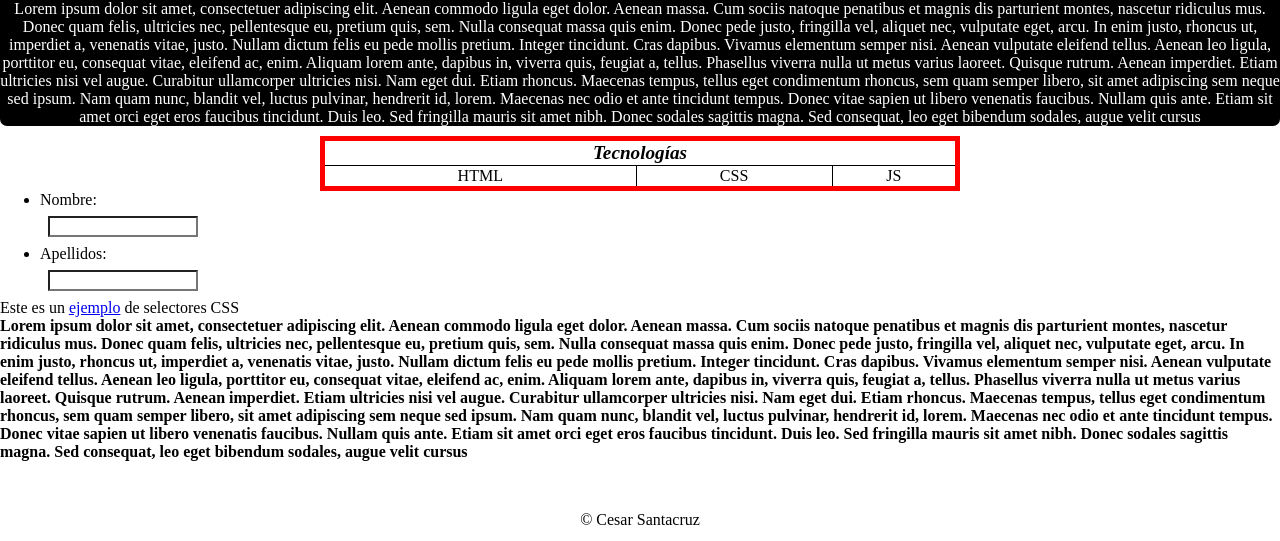
Repository: cesarsant0203/My_Study
Page: Introducción al desarrollo web/My Page 1/2.posts.html
These files come from the project's save history. The page is drawn as it stood at one moment and after a run of saves; the edit follows.
The browser window is 1280 px wide. The pictures show the part of the page from y = 1129 to 1670 px (the page is 1670 px tall before and 1544 px after).

Above is the page before, as saved 2020-04-29 21:10:48.

### Introducción al desarrollo web/My Page 1/2.posts.html
<!DOCTYPE html>
<html lang="es">

<head>
    <meta charset="utf-8" />
    <title> Posts </title>
    <link href="2.posts.css" rel="stylesheet" />
</head>

<body>
    <header>
        <h1>
            <a id="header" href="1.index.html">TEST WEBSITE</a>
        </h1>
        <h4 id="vs">vs1.0.0</h4>
    </header>
    <section id="navBar" class="box">
        <nav>
            <a class="index" href="1.index.html">HomePage</a>
            <a class="index" href="2.posts.html">Posts</a>
            <a class="index" href="3.contacto.html">Contact</a>
            <a class="index" href="4.formulario.html">Form</a>
        </nav>
    </section>
    <section id="info">
        <p id="callMe">CESAR SANTACRUZ<br />
            Call me at +593993681491</p>
    </section>
    <article id="ar1" class="whiteCard">
        <h2>Here there are all the posts</h2>
        <p id="intro">Let's begin</p>
        <img src="https://applauss.com/wp-content/uploads/2016/01/gifs-animados-13.gif" title="gifPacman" class="gif" />
    </article>
    <article id="ar2" class="blackCard">
        <h2>Apple & Google</h2>
        <p id="card1">France asks Google and Apple to facilitate the work of their coronavirus "app".</p>
        <a class="postLink" href="2.posts.html">Learn more > </a>
        <img src="https://t.ipadizate.es/2019/07/apple-google.jpg" title="Google and Apple" class="post" id="mPost1" />
        <p id="p1">Lorem ipsum dolor sit amet, consectetuer adipiscing elit. Aenean commodo ligula
            eget dolor. Aenean massa. Cum sociis natoque penatibus et magnis dis parturient montes, nascetur ridiculus mus.
            Donec quam felis, ultricies nec, pellentesque eu, pretium quis, sem. Nulla consequat massa quis enim. Donec pede
            justo, fringilla vel, aliquet nec, vulputate eget, arcu. In enim justo, rhoncus ut, imperdiet a, venenatis
            vitae,
            justo. Nullam dictum felis eu pede mollis pretium. Integer tincidunt. Cras dapibus. Vivamus elementum semper
            nisi.
            Aenean vulputate eleifend tellus. Aenean leo ligula, porttitor eu, consequat vitae, eleifend ac, enim. Aliquam
            lorem
            ante, dapibus in, viverra quis, feugiat a, tellus. Phasellus viverra nulla ut metus varius laoreet. Quisque
            rutrum.
            Aenean imperdiet. Etiam ultricies nisi vel augue. Curabitur ullamcorper ultricies nisi. Nam eget dui. Etiam
            rhoncus.
            Maecenas tempus, tellus eget condimentum rhoncus, sem quam semper libero, sit amet adipiscing sem neque sed
            ipsum.
            Nam quam nunc, blandit vel, luctus pulvinar, hendrerit id, lorem. Maecenas nec odio et ante tincidunt tempus.
            Donec
            vitae sapien ut libero venenatis faucibus. Nullam quis ante. Etiam sit amet orci eget eros faucibus tincidunt.
            Duis
            leo. Sed fringilla mauris sit amet nibh. Donec sodales sagittis magna. Sed consequat, leo eget bibendum sodales,
            augue velit cursus
        </p>
    </article>
    <section>
        <table id="tec">
            <thead>
                <td colspan="3"><em><strong>Tecnologías</strong></em></td>
            </thead>
            <tbody>
                <tr>
                    <td>HTML</td>
                    <td>CSS</td>
                    <td>JS</td>
                </tr>
            </tbody>
        </table>
    </section>
    <article>
        <form action="...">
            <ul>
                <li>
                    <label id="lname" for="name">Nombre: </label> <br />
                    <input type="text" id="name" />
                </li>
                <li>
                    <label id="lsname" for="sname">Apellidos:</label> <br />
                    <input type="text" id="sname" />
                </li>
            </ul>
        </form>
    </article>
    <span id="mySpan">Este es un <a href="#" class="bold">ejemplo</a> de selectores</span>
    <span class="bold red">CSS</span>
    <p id="p1">Lorem ipsum dolor sit amet, consectetuer adipiscing elit. Aenean commodo ligula
        eget dolor. Aenean massa. Cum sociis natoque penatibus et magnis dis parturient montes, nascetur ridiculus mus.
        Donec quam felis, ultricies nec, pellentesque eu, pretium quis, sem. Nulla consequat massa quis enim. Donec pede
        justo, fringilla vel, aliquet nec, vulputate eget, arcu. In enim justo, rhoncus ut, imperdiet a, venenatis
        vitae,
        justo. Nullam dictum felis eu pede mollis pretium. Integer tincidunt. Cras dapibus. Vivamus elementum semper
        nisi.
        Aenean vulputate eleifend tellus. Aenean leo ligula, porttitor eu, consequat vitae, eleifend ac, enim. Aliquam
        lorem
        ante, dapibus in, viverra quis, feugiat a, tellus. Phasellus viverra nulla ut metus varius laoreet. Quisque
        rutrum.
        Aenean imperdiet. Etiam ultricies nisi vel augue. Curabitur ullamcorper ultricies nisi. Nam eget dui. Etiam
        rhoncus.
        Maecenas tempus, tellus eget condimentum rhoncus, sem quam semper libero, sit amet adipiscing sem neque sed
        ipsum.
        Nam quam nunc, blandit vel, luctus pulvinar, hendrerit id, lorem. Maecenas nec odio et ante tincidunt tempus.
        Donec
        vitae sapien ut libero venenatis faucibus. Nullam quis ante. Etiam sit amet orci eget eros faucibus tincidunt.
        Duis
        leo. Sed fringilla mauris sit amet nibh. Donec sodales sagittis magna. Sed consequat, leo eget bibendum sodales,
        augue velit cursus
    </p>

    <footer>
        &copy Cesar Santacruz
    </footer>

</body>

</html>

### Introducción al desarrollo web/My Page 1/2.posts.css
* {
    margin: 0;
}
header {
    background: black;
    padding: 1em;
    box-sizing: border-box;
    margin: 0em;
}
a#header, h4 {
    background-color: inherit;
    box-sizing: border-box;
    margin-bottom: 1px;
}
a#header {
    font-family: Arial, Helvetica, sans-serif;
    line-height: 1.4;
    color: white;
    font-size: 24px;
    font-weight: bold;
    text-decoration: none;
    padding: 0.3em 0.5em;
    border-radius: 5px;
    background-color: rgba(255, 255, 255, 0.602);
    transition: background-color 1s linear;
    transition: color 1s linear
}
a#header:hover, a#header:focus {
    background-color: #fff;
    color: black;
}
a#header:focus {
    box-shadow: 0 0 0 3px rgba(0,0,0,0.25);
    outline: 0;
}
h4#vs {
    color: gainsboro;
    font-size: x-small;
    font-family: Arial, Helvetica, sans-serif;
    line-height: 1.4;
    margin-top: 4px;
}
section#navBar{
    font-size: large;
    text-align: center;
    background-color: rgb(34, 32, 32);
    padding: 0.33em;
    border-bottom-left-radius: 0px;
    border-bottom-right-radius: 0px;
}
a.index{
    box-sizing: border-box;
    margin-top: auto;
    font-size: 15px;
    font-weight: bold;
    color: rgba(255, 255, 255, 0.609);
    text-decoration: none;
    padding: 0.3em 0.8em;
    border-radius: 5px;
    background-color: rgba(78, 78, 78, 0.602);
    transition: color 1s linear;
}
a.index:hover, a.index:focus {
    color: #fff;
}
a.index:focus, {
    box-shadow: 0 0 0 3px rgba(0,0,0,0.25);
    outline: 0;
}
a.index:link {
    text-decoration: none;
}
a.index:visited {
    text-decoration: none;
}
p#callMe {
    border-bottom-left-radius: 7px;
    border-bottom-right-radius: 7px;
    box-sizing: border-box;
    border: 6px solid black;
    padding: 2px;
    font-family: Arial, Helvetica, sans-serif;
    font-weight: bold;
    text-align: center;
    font-size: xx-small;
    color: rgb(134, 134, 134);
    line-height: 1.4;
    background-color: black;
}
.blackCard {
    color: white;
    background-color: black;
    text-align: center;
    box-sizing: border-box;
    margin-bottom: 1cm solid black;
    border-radius: 7px;

}
.whiteCard {
    color: black;
    background-color: white;
    text-align: center;
    box-sizing: border-box;
    margin-bottom: 1cm solid white;
    border-radius: 7px;
}
/*----------------------------------------------------------------------------------------------------*/

h2, p#intro,p#card1, p#card2 {
    font-family: 'Lucida Sans', 'Lucida Sans Regular', 'Lucida Grande',
     'Lucida Sans Unicode', Geneva, Verdana, sans-serif;
     font-weight: bold;
     padding-bottom: 7px;
}
h2 {
    font-size: 32px;
    padding-top: 40px;
}
p#intro {
    color: rgba(0, 0, 0, 0.856);
}
a.postLink {
    color: blue;
    font-family: 'Lucida Sans', 'Lucida Sans Regular', 'Lucida Grande',
     'Lucida Sans Unicode', Geneva, Verdana, sans-serif;
    font-weight: 600;
    }
a.postLink:link {
    text-decoration: none;
}
a.postLink:visited {
    text-decoration: none;
}




img.gif {
    box-sizing: content-box;
    width: 480px;
    height: 320px;
    border-collapse: collapse;
    display: inline;
    display: block;
    margin: auto;
    padding-bottom: 40px;
    padding-top: 5px;
}

img.post#mPost1 {
    box-sizing: content-box;
    width: 600px;
    height: 315px;
    border-collapse: collapse;
    display: inline;
    display: block;
    margin: auto;
    padding-bottom: 40px;
    padding-top: 5px;
}
table#tec {
    border: red 5px solid;
    border-collapse: collapse;
    width: 50%;
    text-align: center;
    margin-left: auto;
    margin-right: auto;
    margin-top: 10px;
}
thead {
    font-size: larger;
}
td{
    border: black 1px solid;
}
form :focus {
    border: 2px solid rgb(0, 82, 175);
}
p:first-of-type{
    font-weight: bold;
}

input#name, input#sname{
    background-color: white;
        margin: 0.2cm;
        width: 150px;
        box-sizing: border-box;
}
footer {
    position: relative;
    margin-top: 50px;
    text-align: center;
    height: 30px;
}

After the next 2 saves:
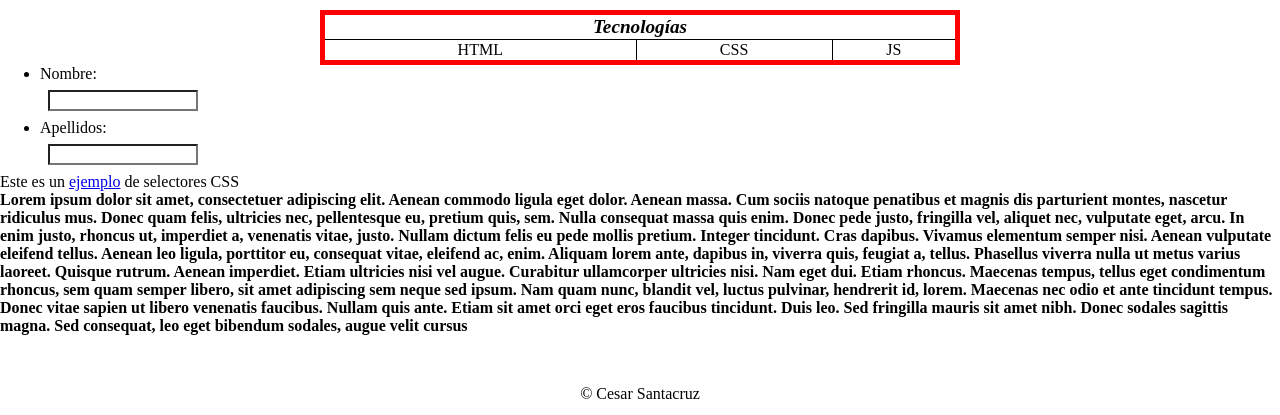
The 2 saves are shown as one change because they came seconds apart.
The last was saved 3 min 1 s later.
--- a/Introducción al desarrollo web/My Page 1/2.posts.html
+++ b/Introducción al desarrollo web/My Page 1/2.posts.html
@@ -36,28 +36,6 @@
         <p id="card1">France asks Google and Apple to facilitate the work of their coronavirus "app".</p>
         <a class="postLink" href="2.posts.html">Learn more > </a>
         <img src="https://t.ipadizate.es/2019/07/apple-google.jpg" title="Google and Apple" class="post" id="mPost1" />
-        <p id="p1">Lorem ipsum dolor sit amet, consectetuer adipiscing elit. Aenean commodo ligula
-            eget dolor. Aenean massa. Cum sociis natoque penatibus et magnis dis parturient montes, nascetur ridiculus mus.
-            Donec quam felis, ultricies nec, pellentesque eu, pretium quis, sem. Nulla consequat massa quis enim. Donec pede
-            justo, fringilla vel, aliquet nec, vulputate eget, arcu. In enim justo, rhoncus ut, imperdiet a, venenatis
-            vitae,
-            justo. Nullam dictum felis eu pede mollis pretium. Integer tincidunt. Cras dapibus. Vivamus elementum semper
-            nisi.
-            Aenean vulputate eleifend tellus. Aenean leo ligula, porttitor eu, consequat vitae, eleifend ac, enim. Aliquam
-            lorem
-            ante, dapibus in, viverra quis, feugiat a, tellus. Phasellus viverra nulla ut metus varius laoreet. Quisque
-            rutrum.
-            Aenean imperdiet. Etiam ultricies nisi vel augue. Curabitur ullamcorper ultricies nisi. Nam eget dui. Etiam
-            rhoncus.
-            Maecenas tempus, tellus eget condimentum rhoncus, sem quam semper libero, sit amet adipiscing sem neque sed
-            ipsum.
-            Nam quam nunc, blandit vel, luctus pulvinar, hendrerit id, lorem. Maecenas nec odio et ante tincidunt tempus.
-            Donec
-            vitae sapien ut libero venenatis faucibus. Nullam quis ante. Etiam sit amet orci eget eros faucibus tincidunt.
-            Duis
-            leo. Sed fringilla mauris sit amet nibh. Donec sodales sagittis magna. Sed consequat, leo eget bibendum sodales,
-            augue velit cursus
-        </p>
     </article>
     <section>
         <table id="tec">
